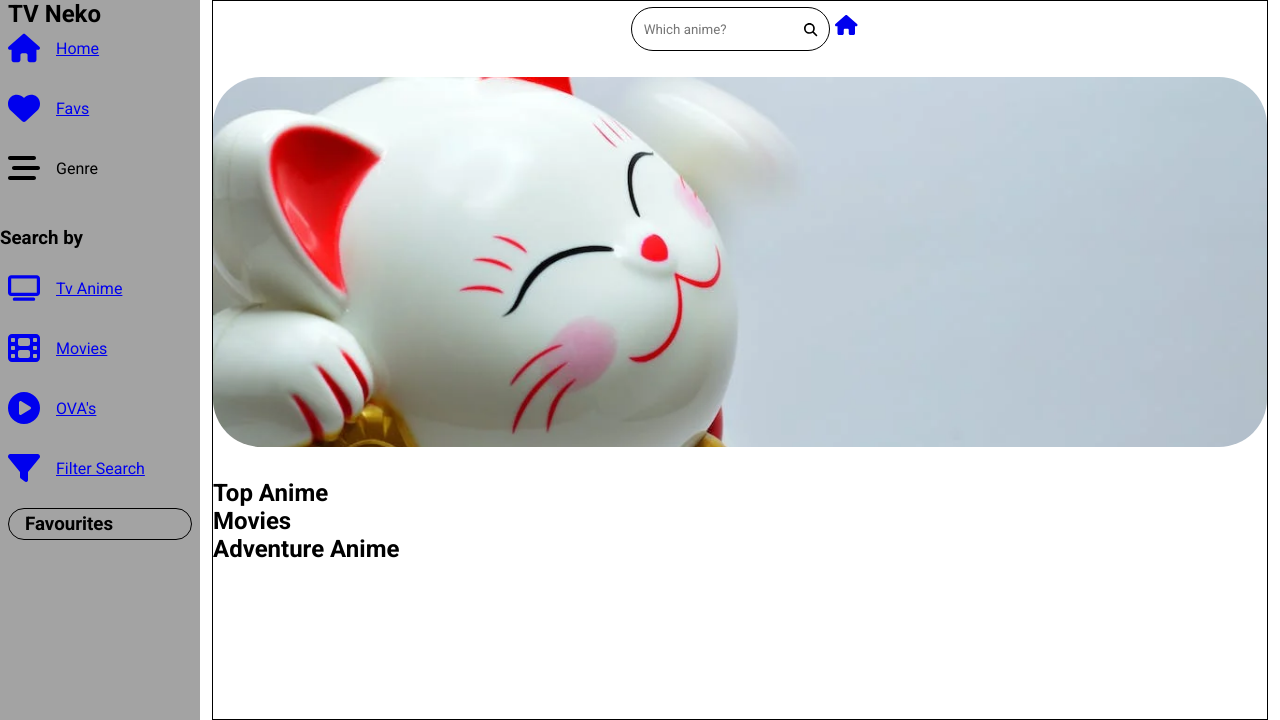
Repository: OwenMargiela/AnimeDatabse
Page: /
These files come from the project's save history. The page is drawn as it stood at one moment and after the next save; the edit follows.
The browser window is 1280 px wide. The pictures show the whole page.
The page's requests for data from a server got no answer. An inner scrolling area shows only its first screen. The project was rebuilt for these pictures with package versions that can differ from the ones it lists, and the page was loaded fresh each time. No one was signed in, and anything a server would have sent is missing. Also part of the build but not shown: src/Components/AnimeContainer.jsx, src/Pages/AnimePage/AnimePage.jsx, src/Components/Score.css, src/Components/Score.jsx, src/Components/AnimeDescription.jsx, src/Pages/AnimePage/AnimeInfo.jsx, src/Pages/AnimePage/AnimeGenre.jsx, src/Pages/FavouritesPage/Favourites.css and 7 more.

Above is the page before, as saved 2023-01-26 13:57:15.

After the next save:
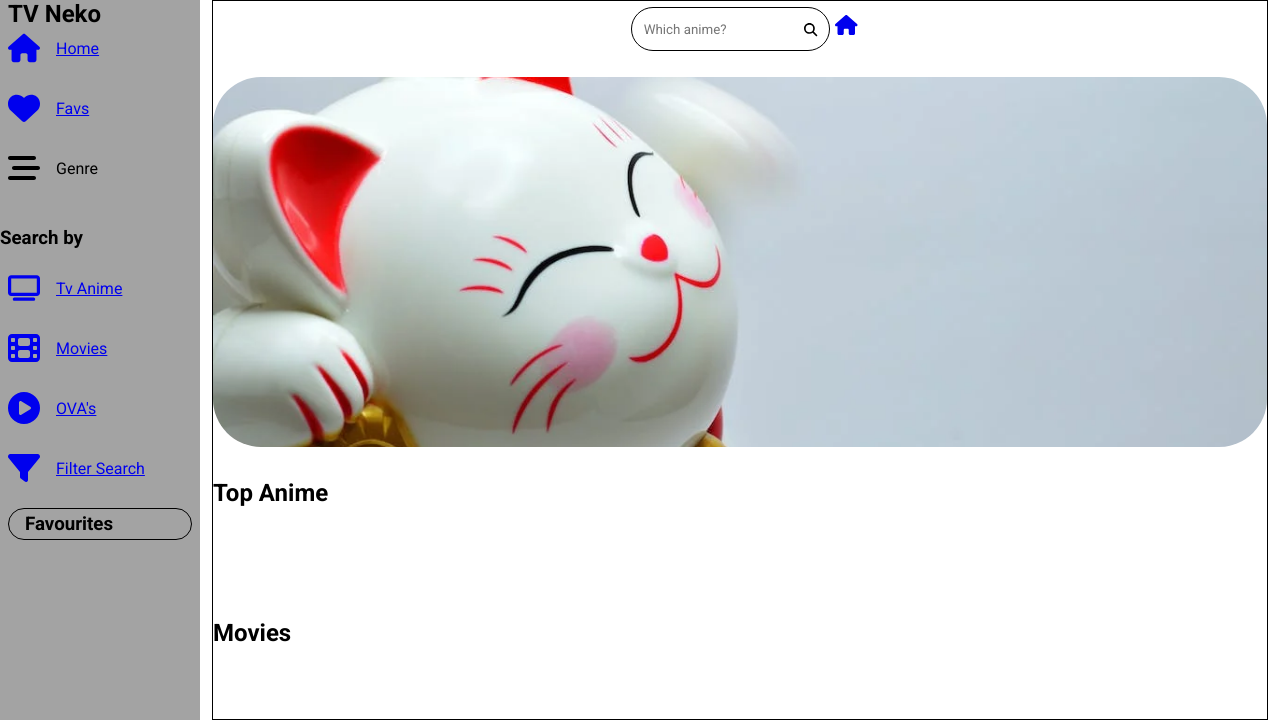
Saved 16 s later.
--- a/src/App.css
+++ b/src/App.css
@@ -90,14 +90,15 @@
   color: none;
   cursor: pointer;
 }
-/* .anime__wrapper{
+
+.anime__wrapper{
   display: flex;
   flex-wrap: wrap;
   justify-content: space-between;
   margin-bottom: 7rem;
   flex-grow: 1;
 
-} */
+}
 
 /* .anime_container__wrapper{
   display: flex;

After the save that followed:
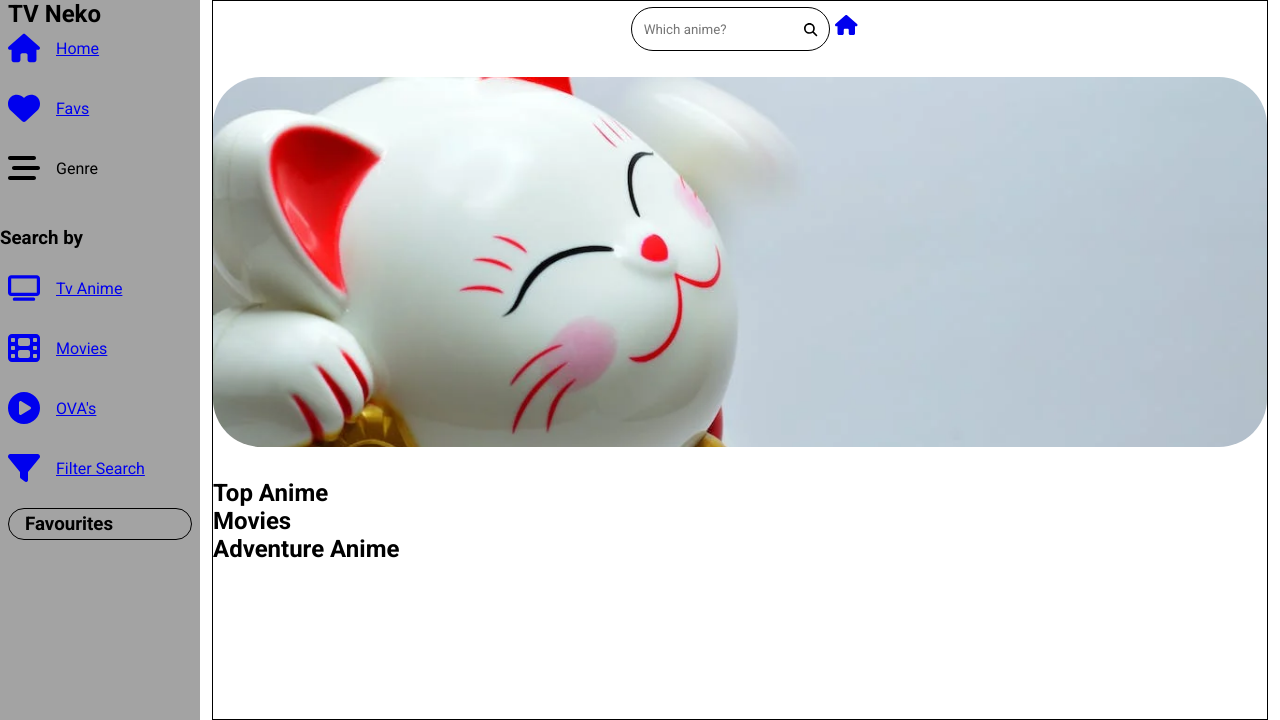
Saved 31 s later.
--- a/src/App.css
+++ b/src/App.css
@@ -91,14 +91,14 @@
   cursor: pointer;
 }
 
-.anime__wrapper{
+/* .anime__wrapper{
   display: flex;
   flex-wrap: wrap;
   justify-content: space-between;
   margin-bottom: 7rem;
   flex-grow: 1;
 
-}
+} */
 
 /* .anime_container__wrapper{
   display: flex;
@@ -107,14 +107,14 @@
   height: 90%;
 
 } */
-/* .anime__image{
+.anime__image{
   border: 1px solid black;
   max-height: 300px;
   min-width: 210px;
   max-width: 250px;
   border-radius: 1em;
   min-width: 14rem;
-} */
+}
 
 
 /* .anime__image{
